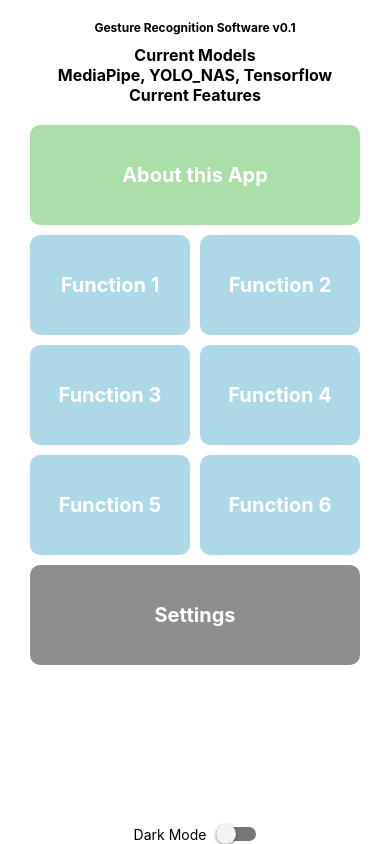
Repository: hajin-park/V-QUIP
Page: / (app in frontend/react-native-app/)
The author's editor kept a copy of each file at every save. The page is drawn from the files as they stood at one save, then again after the next save.
The browser window is 390 px wide. The pictures show the whole page.
The app was drawn by React Native's web renderer in a window 390 px wide. The project was rebuilt for these pictures with package versions that can differ from the ones it lists, and the page was loaded fresh each time.

Above is the page before, as saved 2024-04-08 00:20:40.

After the next save:
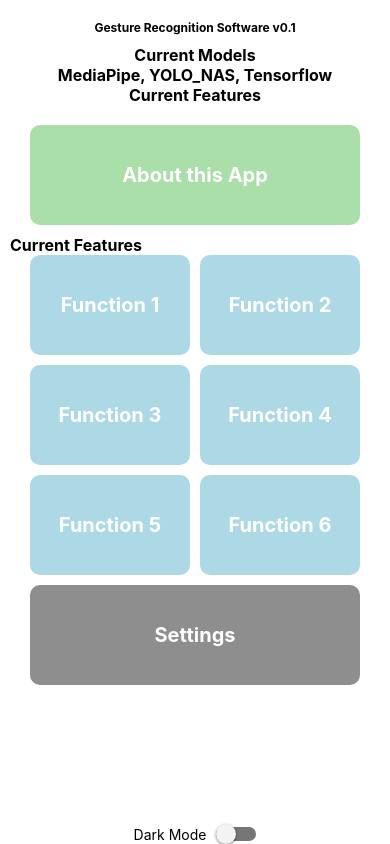
Saved 51 s later.
--- a/frontend/react-native-app/App.js
+++ b/frontend/react-native-app/App.js
@@ -17,13 +17,13 @@
         <Text style={[styles.infoText, darkMode && styles.darkText]}>Current Models</Text>
         <Text style={[styles.infoText, darkMode && styles.darkText]}>MediaPipe, YOLO_NAS, Tensorflow</Text>
         <Text style={[styles.infoText, darkMode && styles.darkText]}>Current Features</Text>
-
       </View>
       <View style={styles.row}>
           <TouchableOpacity style={[styles.box3, darkMode && styles.darkBox]} onPress={() => handleOptionClick(6)}>
             <Text style={[styles.text, darkMode && styles.darkText]}>About this App</Text>
           </TouchableOpacity>
         </View>
+        <Text style={[styles.infoText, darkMode && styles.darkText]}>Current Features</Text>
       <View style={styles.content}>
         <View style={styles.row}>
           <TouchableOpacity style={[styles.box, darkMode && styles.darkBox]} onPress={() => handleOptionClick(1)}>

After the save that followed:
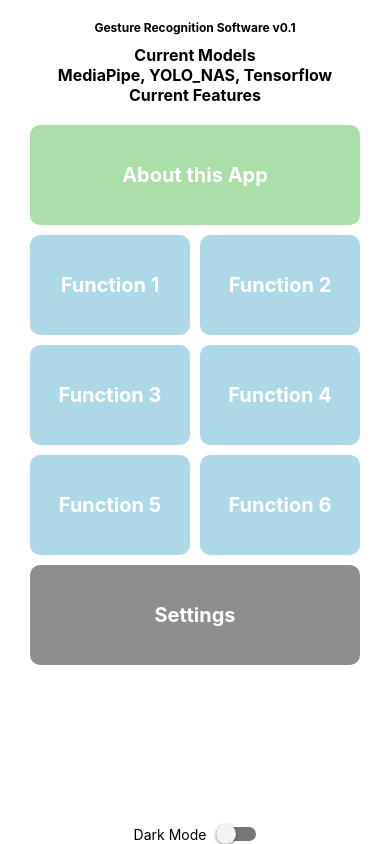
Saved 9 s later.
--- a/frontend/react-native-app/App.js
+++ b/frontend/react-native-app/App.js
@@ -23,7 +23,7 @@
             <Text style={[styles.text, darkMode && styles.darkText]}>About this App</Text>
           </TouchableOpacity>
         </View>
-        <Text style={[styles.infoText, darkMode && styles.darkText]}>Current Features</Text>
+        <Text style={[styles.infoText, darkMode && styles.darkText]}></Text>
       <View style={styles.content}>
         <View style={styles.row}>
           <TouchableOpacity style={[styles.box, darkMode && styles.darkBox]} onPress={() => handleOptionClick(1)}>
